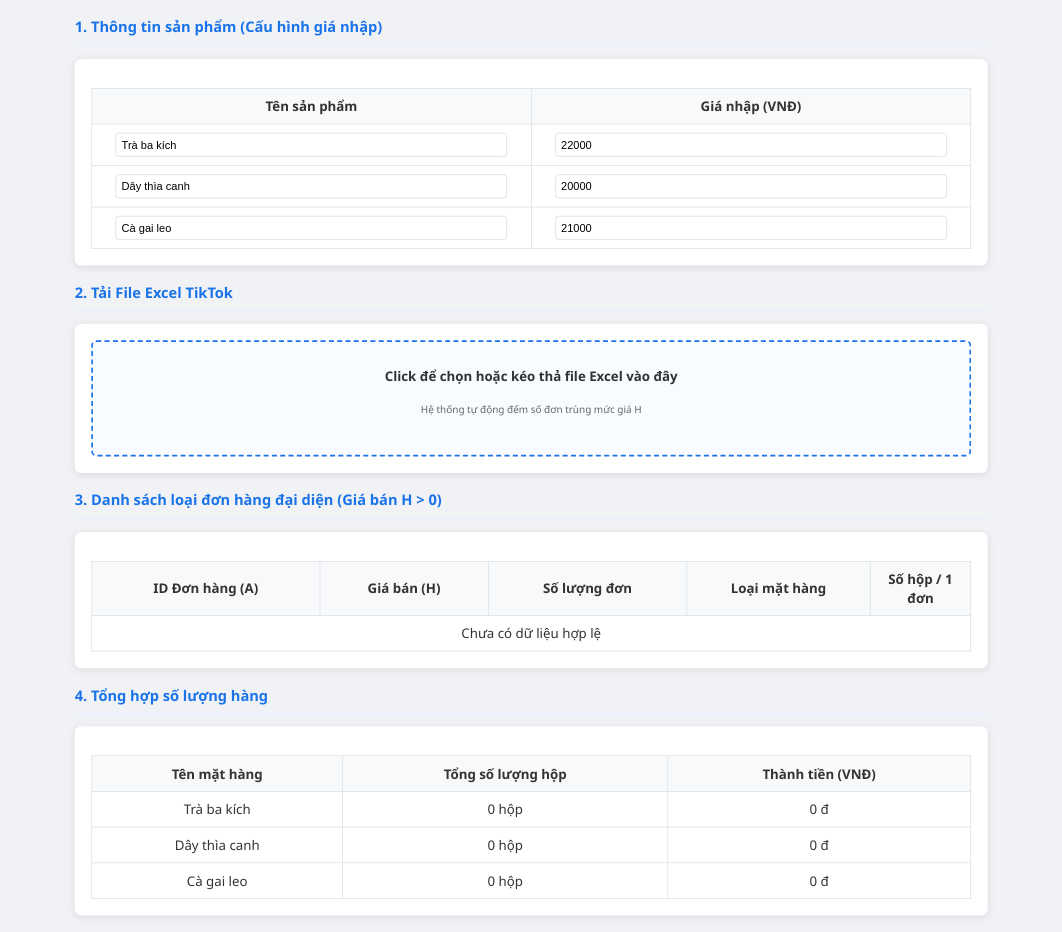
Repository: vanphi96/quyettoan.philv
Page: index.html
The author's editor kept a copy of each file at every save. The page is drawn from the files as they stood at one save, then again after the next save.
The browser window is 1280 px wide. The pictures show the whole page, at 83% of full size.

Above is the page before, as saved 2026-04-11 22:38:02.

After the next save:
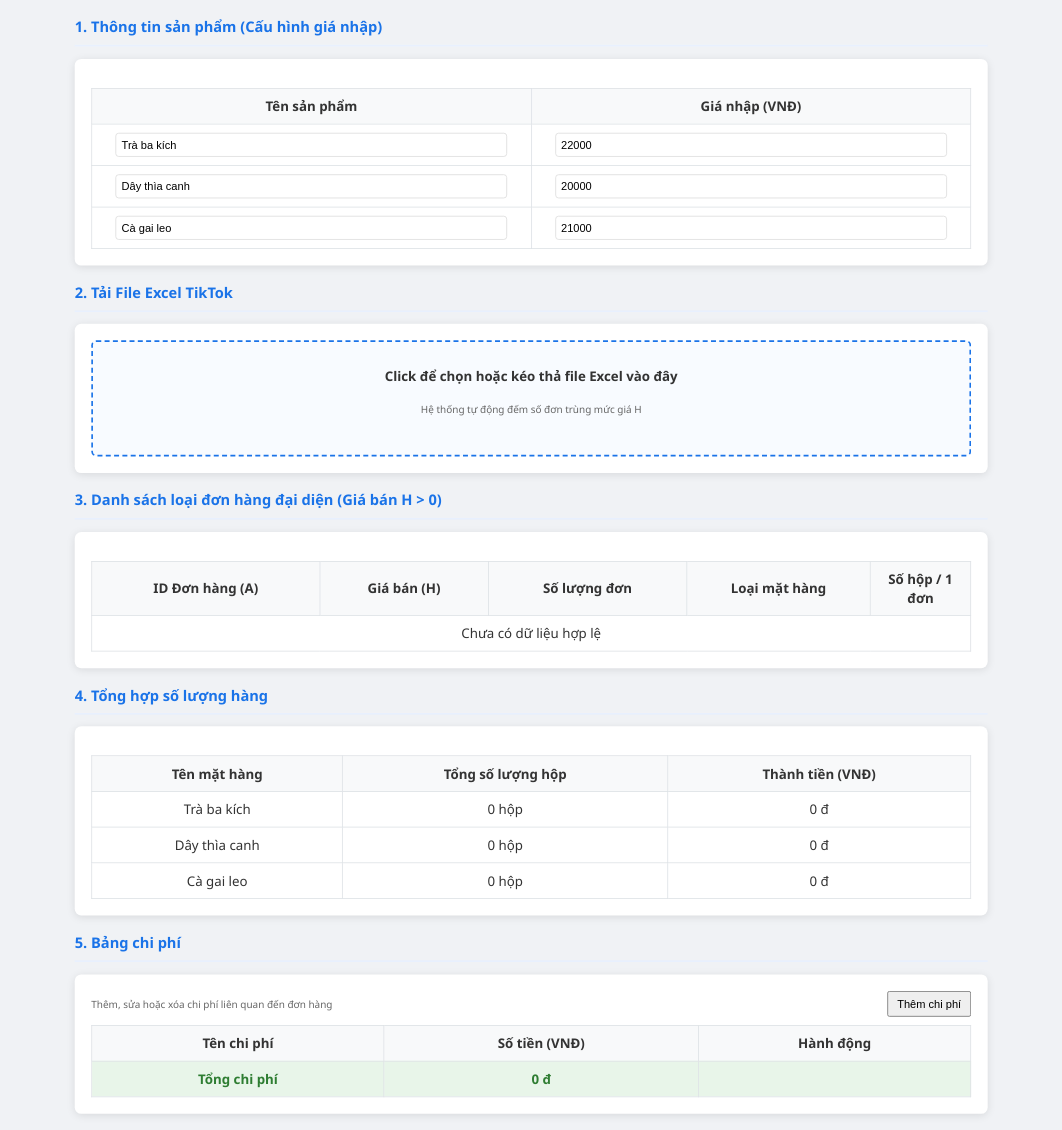
Saved 2 min 57 s later.
--- a/index.html
+++ b/index.html
@@ -78,6 +78,31 @@
             <tbody id="summaryBody"></tbody>
         </table>
     </div>
+
+    <h2>5. Bảng chi phí</h2>
+    <div class="section">
+        <div style="display:flex; justify-content:space-between; align-items:center;">
+            <div><small>Thêm, sửa hoặc xóa chi phí liên quan đến đơn hàng</small></div>
+            <button id="addExpenseBtn" style="padding:6px 10px;">Thêm chi phí</button>
+        </div>
+        <table style="margin-top:10px;">
+            <thead>
+                <tr>
+                    <th>Tên chi phí</th>
+                    <th>Số tiền (VNĐ)</th>
+                    <th>Hành động</th>
+                </tr>
+            </thead>
+            <tbody id="expenseBody"></tbody>
+            <tfoot>
+                <tr class="total-row">
+                    <td>Tổng chi phí</td>
+                    <td id="expenseTotal">0 đ</td>
+                    <td></td>
+                </tr>
+            </tfoot>
+        </table>
+    </div>
 </div>
 
 <script>
